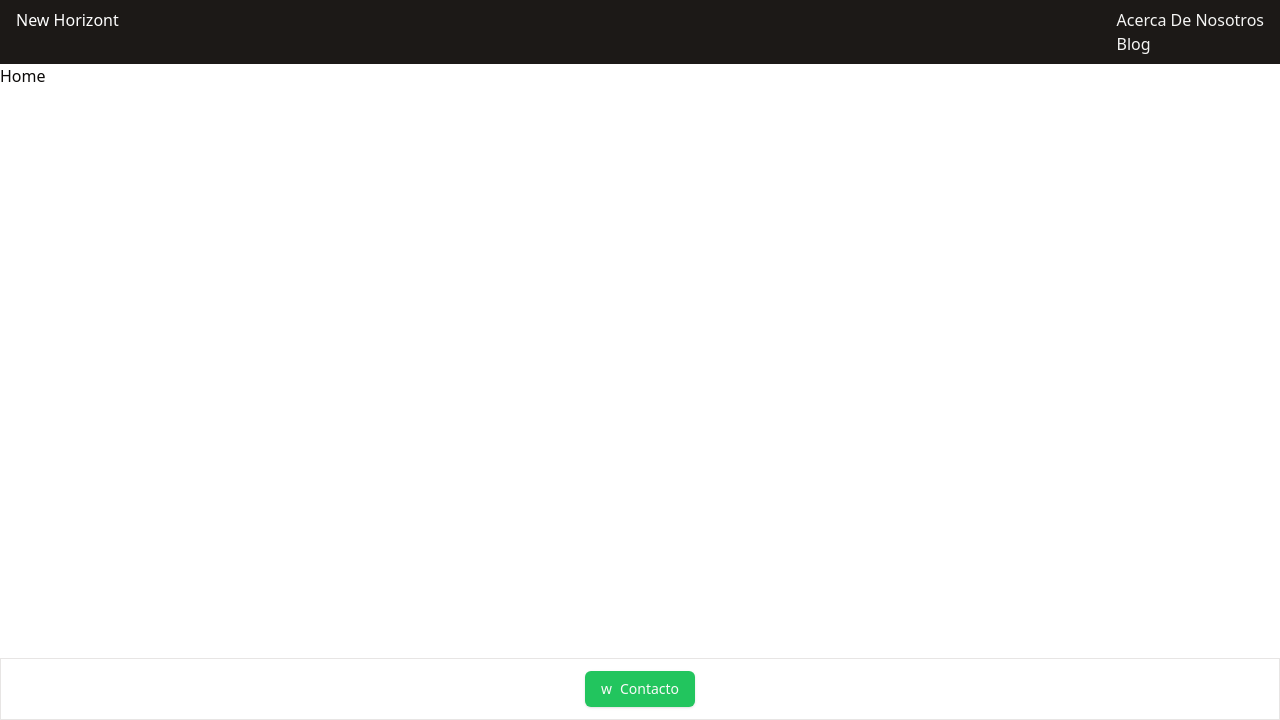
Repository: jefrydep/new-horizont-school
Page: /
An editor plug-in stored every save of this project. The page is shown before and after the next save, followed by the edit.
The browser window is 1280 px wide. The pictures show the whole page.
The project was rebuilt for these pictures with package versions that can differ from the ones it lists, and the page was loaded fresh each time. The framework's server and built-in components were replaced by stand-ins that run in the browser. Also part of the build but not shown: next.config.ts.

Above is the page before, as saved 2024-11-07 17:35:23.

After the next save:
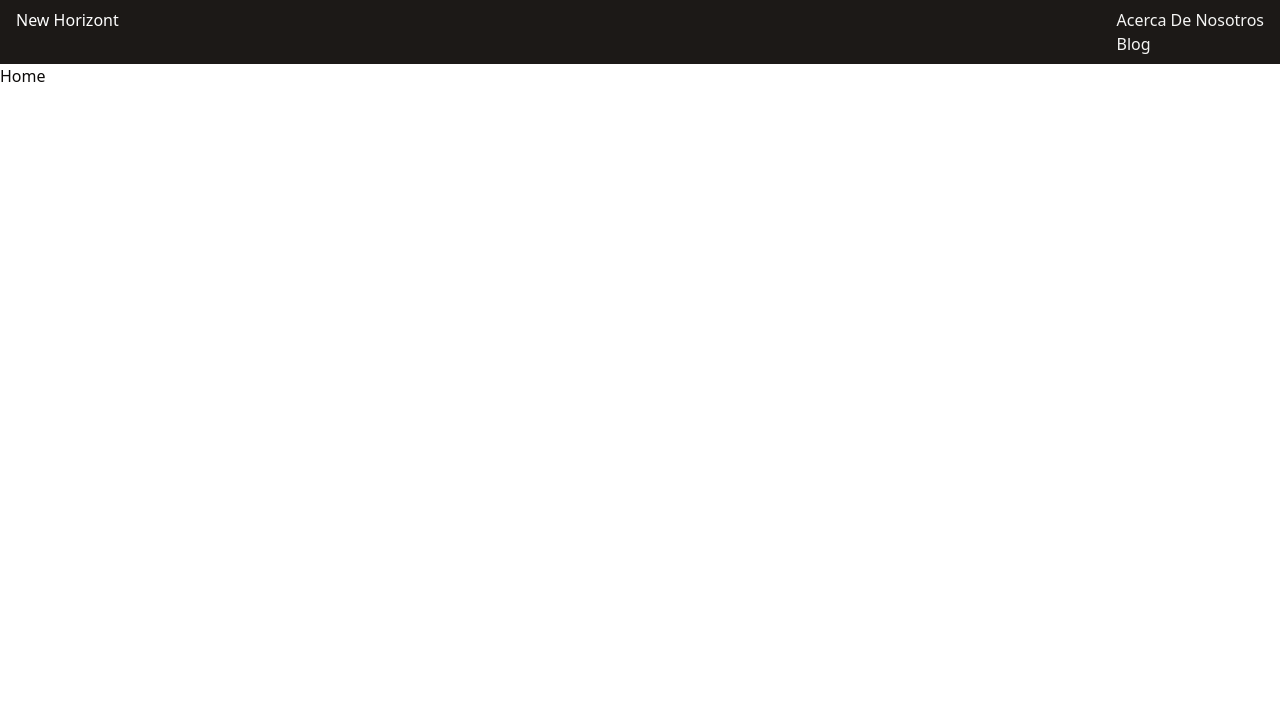
Saved 74 s later.
--- a/src/app/layout.tsx
+++ b/src/app/layout.tsx
@@ -32,7 +32,7 @@ export default function RootLayout({
       >
         <Navbar />
         {children}
-        <div className=" bg-white border flex justify-center py-3  absolute bottom-0 right-0 left-0">
+        <div className=" sm:hidden bg-white border flex justify-center py-3  absolute bottom-0 right-0 left-0">
           <Button className="bg-green-500">
             <span>w</span> Contacto
           </Button>
